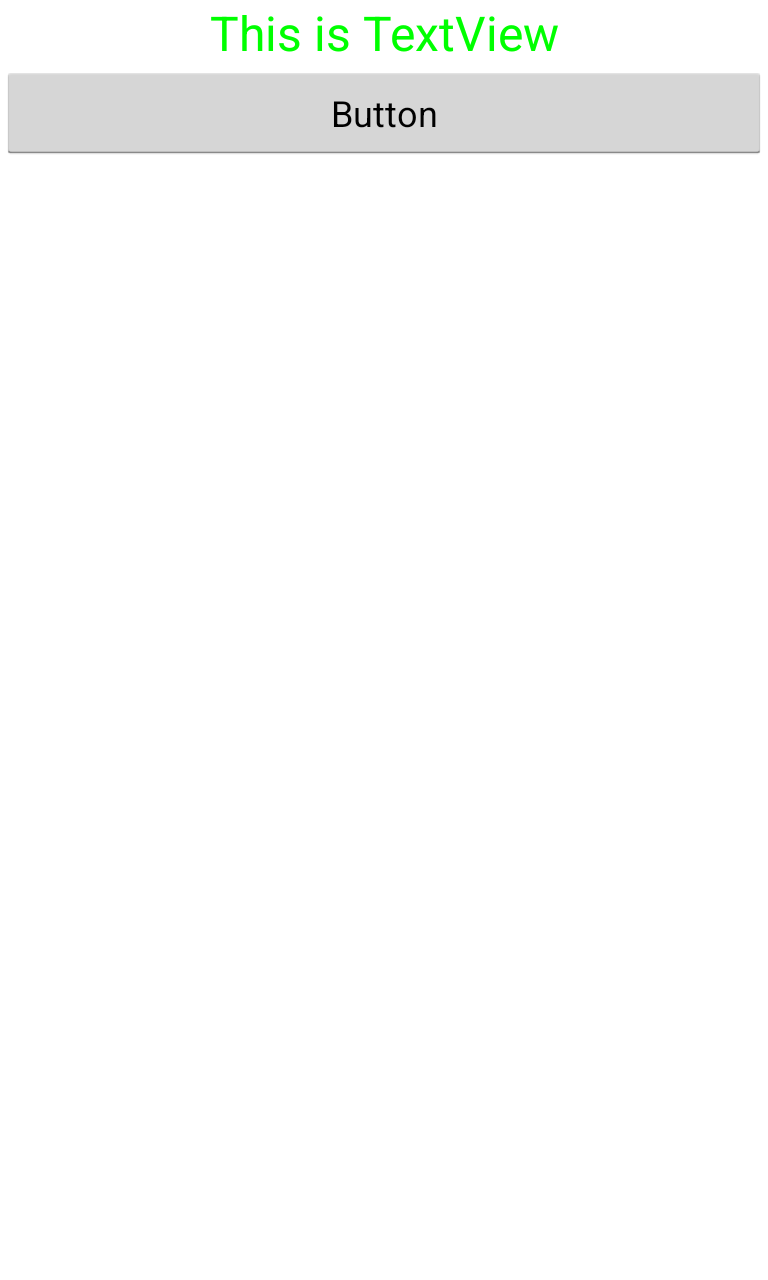
Repository: Wang-Xuan/Hello-World
Layout: UIWidgetTest/res/layout/activity_main.xml
The author's editor kept a copy of each file at every save. The layout is drawn from the files as they stood at one save, then again after the next save.
It is drawn on a 768 x 1280 px phone screen (xhdpi) without system bars, with theme AppTheme; the app's code is not run.

Above is the layout before, as saved 2014-12-07 04:17:18.

After the next save:
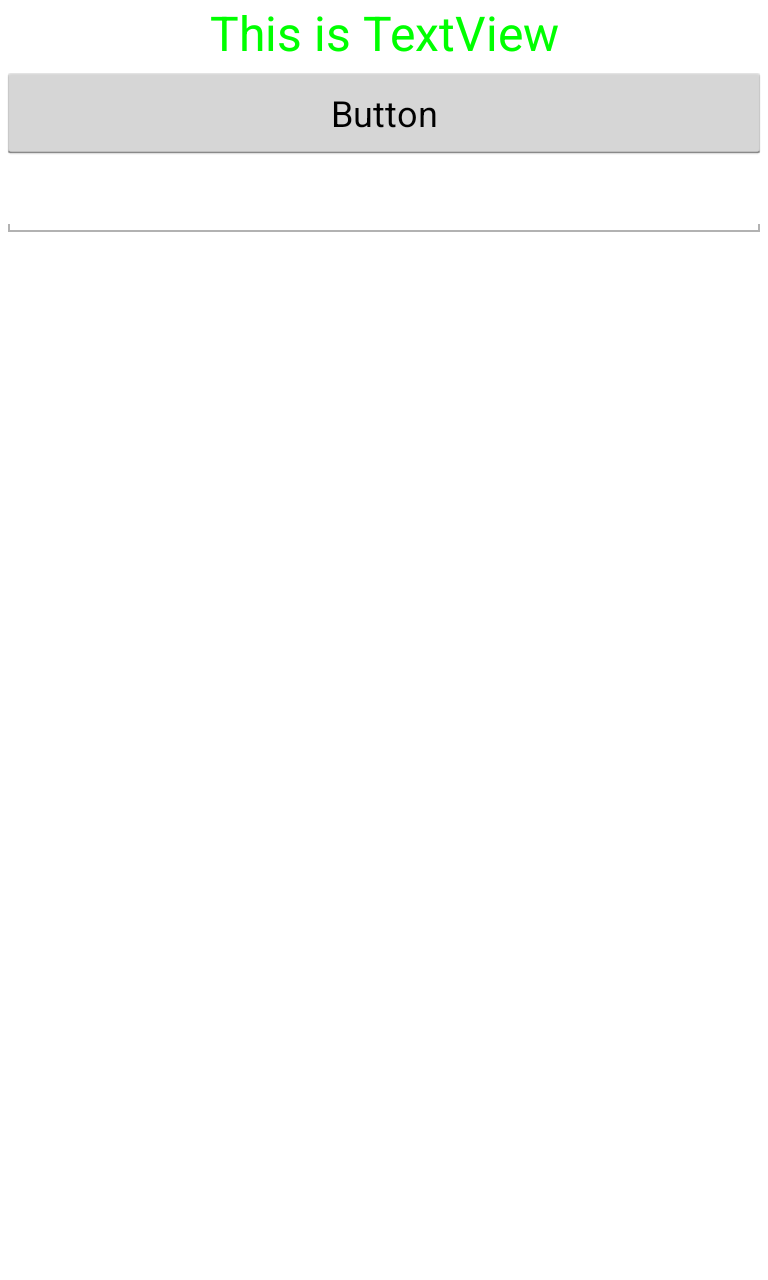
Saved 97 s later.
--- a/UIWidgetTest/res/layout/activity_main.xml
+++ b/UIWidgetTest/res/layout/activity_main.xml
@@ -19,4 +19,9 @@
         android:layout_height="wrap_content"
         android:text="Button" />
 
+    <EditText
+        android:id="@+id/edit_text"
+        android:layout_width="match_parent"
+        android:layout_height="wrap_content" />
+
 </LinearLayout>
